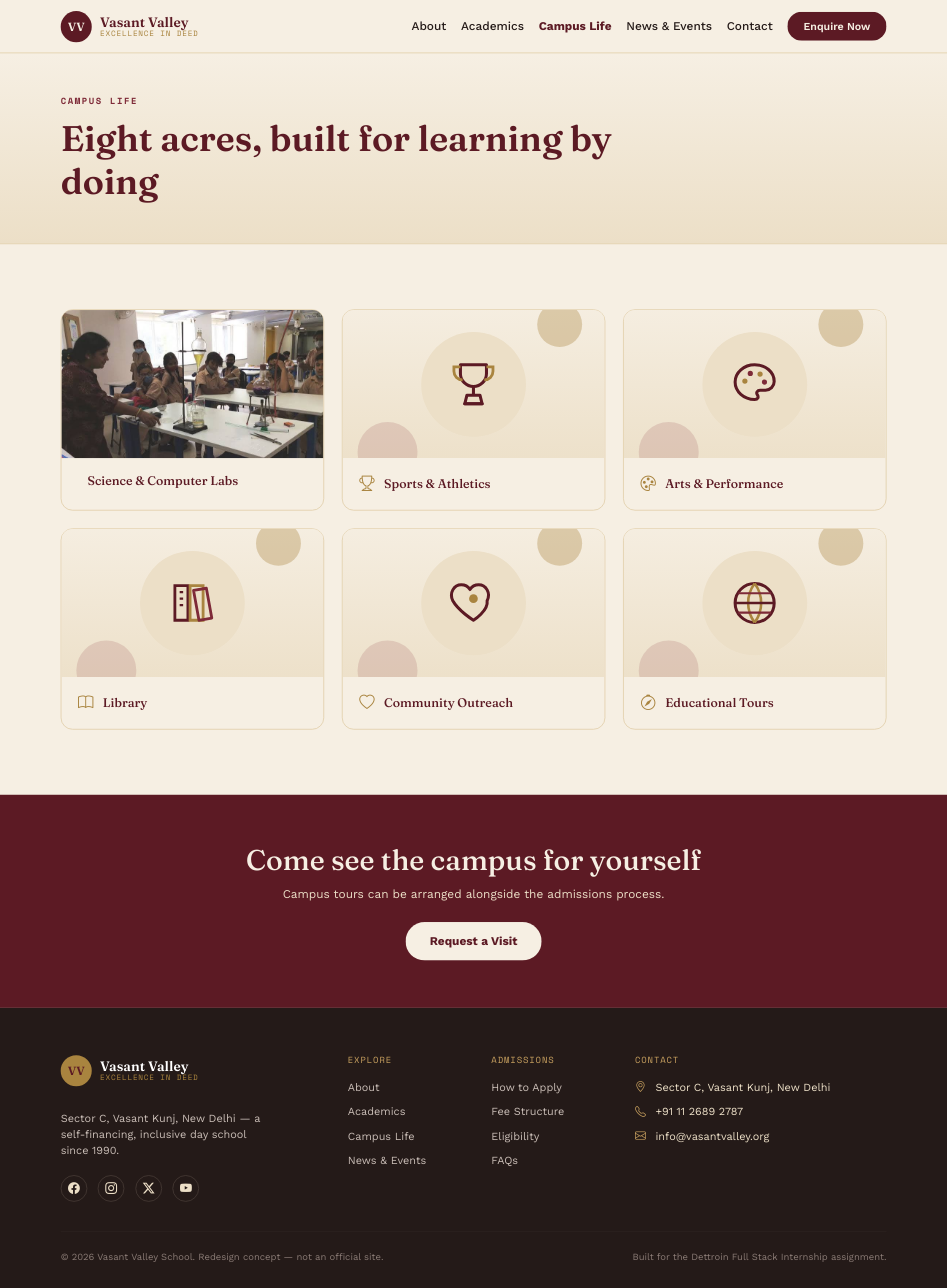
Repository: SanjanaTiwari06/DETTROIN-INT---SchoolWebsite
Page: /campus-life
These files come from the project's save history. The page is drawn as it stood at one moment and after a run of saves; the edit follows.
The browser window is 1280 px wide. The pictures show the whole page, at 74% of full size.
Pictures or frames that could not be fetched are drawn as grey boxes. The project was rebuilt for these pictures with package versions that can differ from the ones it lists, and the page was loaded fresh each time. Also part of the build but not shown: vite.config.js, src/pages/Home.jsx, src/pages/About.jsx, src/pages/Academics.jsx, src/pages/News.jsx, src/pages/Contact.jsx, src/pages/NotFound.jsx.

Above is the page before, as saved 2026-07-27 14:01:43.

After the next 2 saves:
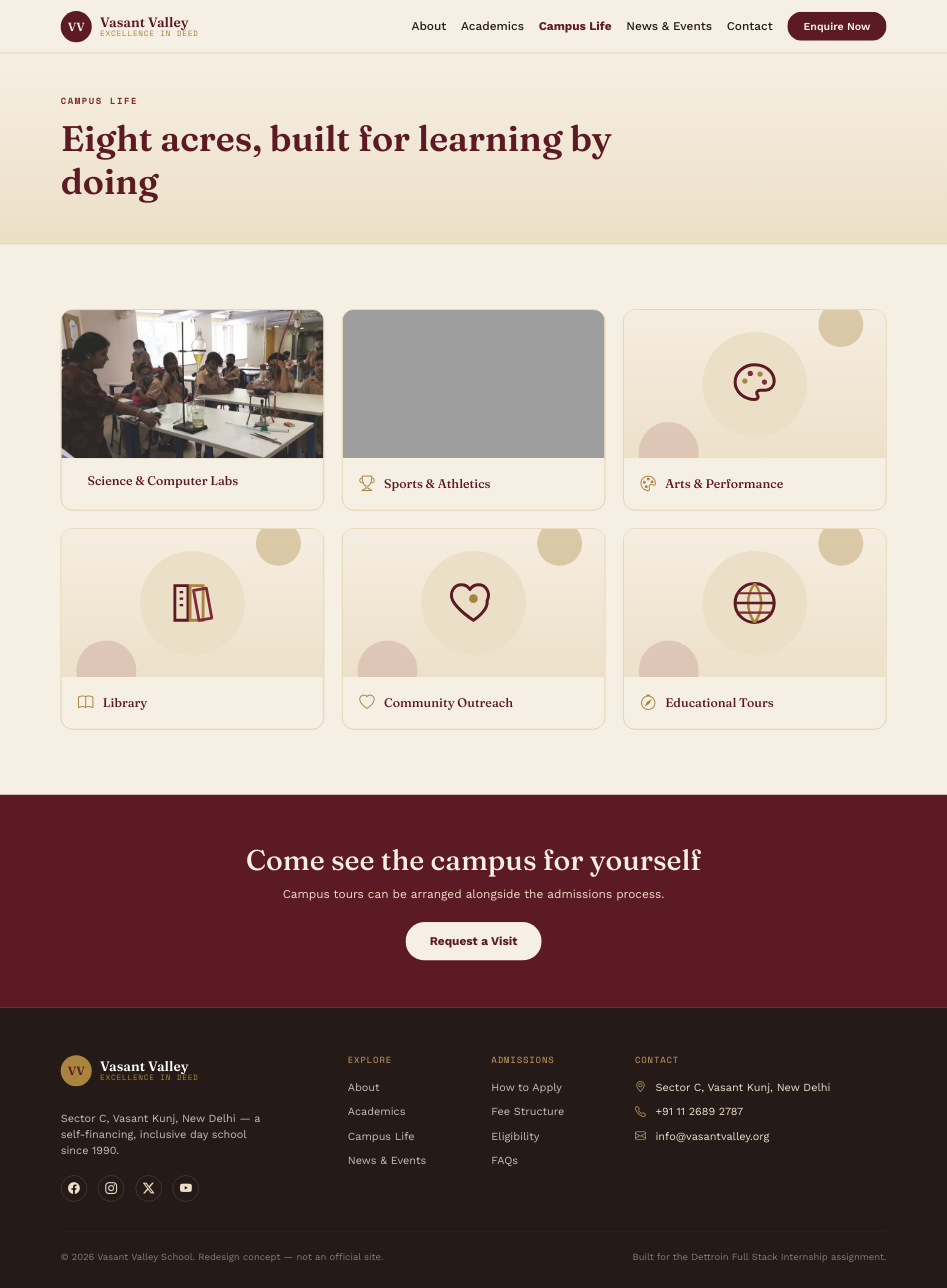
The 2 saves are shown as one change because they came seconds apart.
The last was saved 41 s later.
--- a/src/pages/CampusLife.jsx
+++ b/src/pages/CampusLife.jsx
@@ -2,7 +2,7 @@
 
 const facilities = [
   { icon: "bi-flask", title: "Science & Computer Labs", image: "/public/images/Science Lab.jpg" },
-  { icon: "bi-trophy", title: "Sports & Athletics", image: "/images/facility-sports.svg" },
+  { icon: "bi-trophy", title: "Sports & Athletics", image: "/P" },
   { icon: "bi-palette", title: "Arts & Performance", image: "/images/facility-arts.svg" },
   { icon: "bi-book", title: "Library", image: "/images/facility-library.svg" },
   { icon: "bi-heart", title: "Community Outreach", image: "/images/facility-outreach.svg" },
